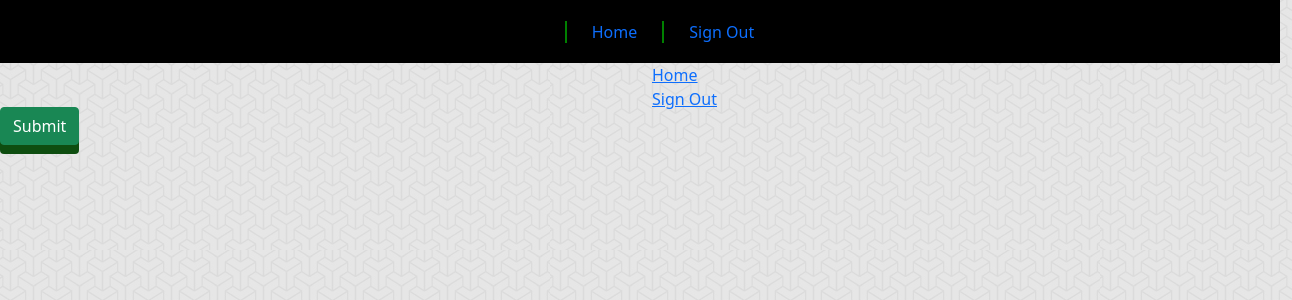
Repository: kavine24/CS490-Python-LMS
Page: html/portal/s/TakeQuiz.html
An editor plug-in stored every save of this project. The page is shown before and after the next save, followed by the edit.
The browser window is 1280 px wide. The page is 1292 px wide, so the pictures cover 1292 px, including what lies to the right of the window. The pictures show the whole page.
The page's requests for data from a server got no answer.

Above is the page before, as saved 2022-04-20 18:25:48.

### html/portal/s/TakeQuiz.html
<!DOCTYPE html>
<html>
  <head>
    <title>Take Exam</title>
    <link rel="stylesheet" href="/style.css">

    <link href="https://cdn.jsdelivr.net/npm/bootstrap@5.1.3/dist/css/bootstrap.min.css" rel="stylesheet" integrity="sha384-1BmE4kWBq78iYhFldvKuhfTAU6auU8tT94WrHftjDbrCEXSU1oBoqyl2QvZ6jIW3" crossorigin="anonymous">
  </head>
  <body>
    <header class="mainHeader">
      <h1 id="header" class="header"></h1>
      <ul class="navLIST">
        <li><a href="http://cs490testcenter.ddns.net:50000/portal/s/Home.php">Home</a></li>
        <li><a href="http://cs490testcenter.ddns.net:50000">Sign Out</a></li>
      </ul>
      <br>
    </header>
    <div class="row">
      <div id="testForm" class="col-6">
        <form id="takeExamForm"onsubmit="submitForm()">
            <br>
            <input id="submit" type="submit" placeholder="Submit" class="btn btn-success submit"></input>
        </form>
      </div>
      <div id="legend" class="col-6">
        <ul class="nav flex-column">
          <li><a href="http://cs490testcenter.ddns.net:50000/portal/s/Home.php">Home</a></li>
          <li><a href="http://cs490testcenter.ddns.net:50000">Sign Out</a></li>
        </ul>
      </div>
    </div>
    <script>
      const inputs = [];

      const urlParams = new URLSearchParams(window.location.search);
      var requestType = 'GetExamFTM';
      const examID = urlParams.get('examID');

      const form = document.getElementById("takeExamForm");
      function handleForm(event) { event.preventDefault(); }
      form.addEventListener('submit', handleForm);

      function displayExams(){
        const data = {examID, requestType};

        const options = {
          method:'POST',
          headers: {
              "Content-type": "application/json; charset=UTF-8"
          },
          body: JSON.stringify(data)
        };

        fetch('http://cs490testcenter.ddns.net:50000/portal/frontBrowser.php', options)
        .then(response => {
          return response.json();
        })
        .then(data => {
          console.log(data);
          const header = document.getElementById("header");
          header.appendChild(document.createTextNode(data[0].examName));

          header.appendChild(document.createTextNode(" Total Points: " + data[0].totalPoints));
          header.appendChild(document.createElement("br"));
          header.setAttribute("class", "header");

          for(let i = 1; i < data.length; i++){
            const div = document.createElement("div");

            const question = document.createElement("label");
            question.setAttribute("class", "container");
            question.appendChild(document.createTextNode("Question " + i));
            question.appendChild(document.createElement("br"));

            question.appendChild(document.createTextNode("Points: " + data[i].points));
            question.appendChild(document.createElement("br"));

            question.appendChild(document.createTextNode("Type: " + data[i].type));
            question.appendChild(document.createElement("br"));

            question.appendChild(document.createTextNode("Difficulty: " + data[i].difficulty));
            question.appendChild(document.createElement("br"));

            question.appendChild(document.createTextNode("Question: " + data[i].question));
            question.appendChild(document.createElement("br"));

            input = document.createElement("textarea")
            input.setAttribute("rows", "15");
            input.setAttribute("cols", "95");
            input.setAttribute("required", true);
            input.addEventListener('keydown', function(e) {
              if (e.key == 'Tab') {
                e.preventDefault();
                var start = this.selectionStart;
                var end = this.selectionEnd;

                // set textarea value to: text before caret + tab + text after caret
                this.value = this.value.substring(0, start) +
                "\t" + this.value.substring(end);

                // put caret at right position again
                this.selectionStart = this.selectionEnd = start + 1;
              }
            });

            question.appendChild(document.createElement("br"));
            question.appendChild(input);

            div.appendChild(question);

            const questionandID = {
              questionID: data[i].questionID,
              question: question
            };
            inputs.push(questionandID);
          }
        })
        .catch((error) => {
          console.error('Error:', error);
        });

      };
      function swapQuestion(qNum){
        document.getElementById("takeExamForm").insertBefore(div, document.getElementById("submit"));
        document.getElementById("takeExamForm").insertBefore(document.createElement("br"), document.getElementById("submit"));
        document.getElementById("takeExamForm").insertBefore(document.createElement("br"), document.getElementById("submit"));
      }
      function submitForm(){
        const inputsFormatted = [];
        for(let i = 0; i<inputs.length; i++){
          inputFormatted = {
            questionID: inputs[i].questionID,
            answer: inputs[i].question.lastElementChild.value
          }
          inputsFormatted.push(inputFormatted);
        }

        requestType = "SubmitExamFTM"
        const data = {examID, inputsFormatted, requestType};

        const options = {
          method:'POST',
          headers: {
              "Content-type": "application/json; charset=UTF-8"
          },
          body: JSON.stringify(data)
        };

        fetch('http://cs490testcenter.ddns.net:50000/portal/frontBrowser.php', options)
        .then(response => {
          return response.json();
        })
        .then(data => {
          if(data.didWork == 1){
            location.assign('http://cs490testcenter.ddns.net:50000/portal/s/Home.php');
          }
        })
        .catch((error) => {
          console.error('Error:', error);
        });
      }
      displayExams();
    </script>

  </body>
</html>

### html/style.css
body {
  background-image: url(portal/pictures/background.jpg);
}

.header {
  color: #97BC62FF;
  background-color: black;
  padding: 14px 16px;
  margin-top: 0px;
}

.submit, .userSubmit, .examTakeButtons, .examReviewButtons {
  padding: 10px 10px;
  margin: 0px 0px 15px 0px;
  font-size: 20px;
  cursor: pointer;
  text-decoration: none;
  outline: none;
  color: #fff;
  background-color: #4CAF50;
  border: none;
  border-radius: 12px;
  box-shadow: 0 9px #0e4d10;
}

.submit:hover, .userSubmit:hover {
  background-color: #215f23;
  box-shadow: 0 9px #1f9923;
}

.submit:active, .userSubmit:active {
  box-shadow: 0 5px #1C7F20;
  transform: translateY(4px)
}

.panel-heading, .panel-title {
  border-color: #4CAF50 !important;
  background-color: #0e4d10 !important;
}

/* .panel-title th {
  border-color: #1f9923;
  background-color: #1C7F20;
} */

.btn-primary {
  background-color: #0e4d10 !important;
  border-color: #4CAF50 !important;
}

.btn-success {
  background-color: #198754 !important;
  border-color: #198754 !important;
}

#submit {
  margin: 20px 0px;
}

#goBackHome {
  margin: 20px 15px;
}

.filterable {
  margin-top: 15px;
}

.filterable .panel-heading .pull-right {
  margin-top: -20px;
}

.filterable .filters input[disabled] {
  background-color: transparent;
  border: none;
  cursor: auto;
  box-shadow: none;
  padding: 0;
  height: auto;
}
.filterable .filters input[disabled]::-webkit-input-placeholder {
  color: #333;
}
.filterable .filters input[disabled]::-moz-placeholder {
  color: #333;
}
.filterable .filters input[disabled]:-ms-input-placeholder {
  color: #333;
}

.container {
  background-color: #a2a2a2;
  background-image: url(portal/pictures/divimage.jpg);
  padding: 14px 16px;
}

.mainHeader {
  background-color: black;
  max-height: 70px;
  display: flex;
  flex-direction: row;
  align-items: center;
  flex-shrink: 0;
  justify-content: center;
  top: 0;
  width: 100%;
  border-bottom: solid 3px black;
}

.navLIST {
  margin-top: 20px;
  display: flex;
}

.navLIST li {
  display: inline-block;
  margin-left: 0;
  color: #97BC62FF;
}

.navLIST li a {
  background-color: black;
  text-decoration: none;
  border-left: 2px solid green;
  padding: 0px 25px;
}

.navLIST li a:hover {
  background-color: black;
  text-decoration: underline;
}

/* body {
  background-image: url(portal/pictures/background.jpg);
  text-align: center;
  margin: auto;
}

#indexLog, h1 {
  color: #97BC62FF;
  margin: 0;
  overflow: hidden;
  background-color: black;
  padding: 14px 16px;
  text-align: center;
}

.forms {
  text-align: center;
  display: inline-block;
  overflow-wrap: break-word;
}

.credentialStyle {
  color: #97BC62FF;
  margin: 0;
  padding: 0px 0px 20px;
  font-size: 20px;
  text-shadow: .5px .5px 0 #000;
}

.submit, .userSubmit, .examTakeButtons, .examReviewButtons {
  display: inline-block;
  padding: 15px 25px;
  font-size: 24px;
  cursor: pointer;
  text-align: center;
  text-decoration: none;
  outline: none;
  color: #fff;
  background-color: #4CAF50;
  border: none;
  border-radius: 12px;
  box-shadow: 0 9px #1C7F20;
  margin: 10px 0px;
}

.submit:hover, .userSubmit:hover {
  background-color: #3e8e41;
  box-shadow: 0 9px #1C7F20;
}

.submit:active, .userSubmit:active {
  box-shadow: 0 5px #1C7F20;
  transform: translateY(4px)
}

#createQuestionForm {
  padding: 10px;
  text-align: center;
}

div {
  border-radius: 5px;
  background-color: #a2a2a2;
  background-image: url(portal/pictures/divimage.jpg);
  padding: 20px;
  text-align: center;
  display: inline-block;
  max-width: 750px;
}

.centered {
  position: absolute;
  top: 50%;
  left: 50%;
  transform: translate(-50%, -50%);
  text-align: center;
  display: inline-block;
}

.centeredsearch {
  position: absolute;
  top: 15%;
  left: 50%;
  transform: translate(-50%, -50%);
  text-align: center;
  display: inline-block;
}

.left {
  left: 0;
  display: inline-block;
}


.right {
  right: 0;
  display: inline-block;
}

.split {
  height: 100%;
  width: 50%;
  position: absolute;
}
table , th, td{
  border: 1px solid;
  width: 100%;
} */

After the next save:
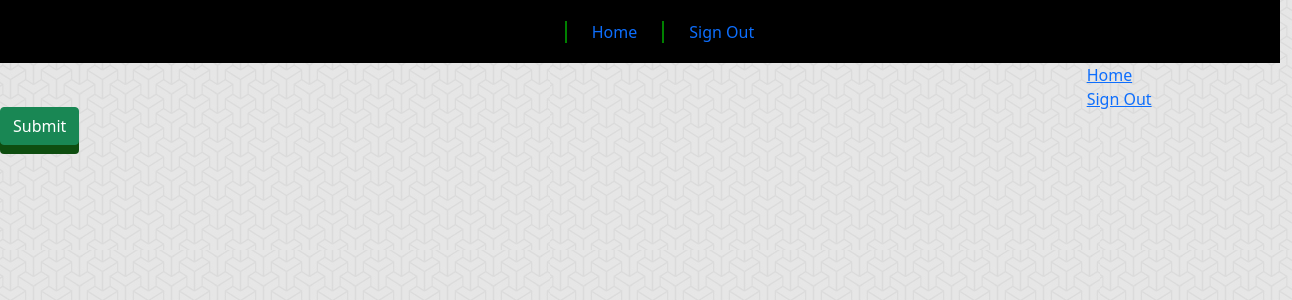
Saved 16 s later.
--- a/html/portal/s/TakeQuiz.html
+++ b/html/portal/s/TakeQuiz.html
@@ -16,13 +16,13 @@
       <br>
     </header>
     <div class="row">
-      <div id="testForm" class="col-6">
+      <div id="testForm" class="col-10">
         <form id="takeExamForm"onsubmit="submitForm()">
             <br>
             <input id="submit" type="submit" placeholder="Submit" class="btn btn-success submit"></input>
         </form>
       </div>
-      <div id="legend" class="col-6">
+      <div id="legend" class="col-2">
         <ul class="nav flex-column">
           <li><a href="http://cs490testcenter.ddns.net:50000/portal/s/Home.php">Home</a></li>
           <li><a href="http://cs490testcenter.ddns.net:50000">Sign Out</a></li>
